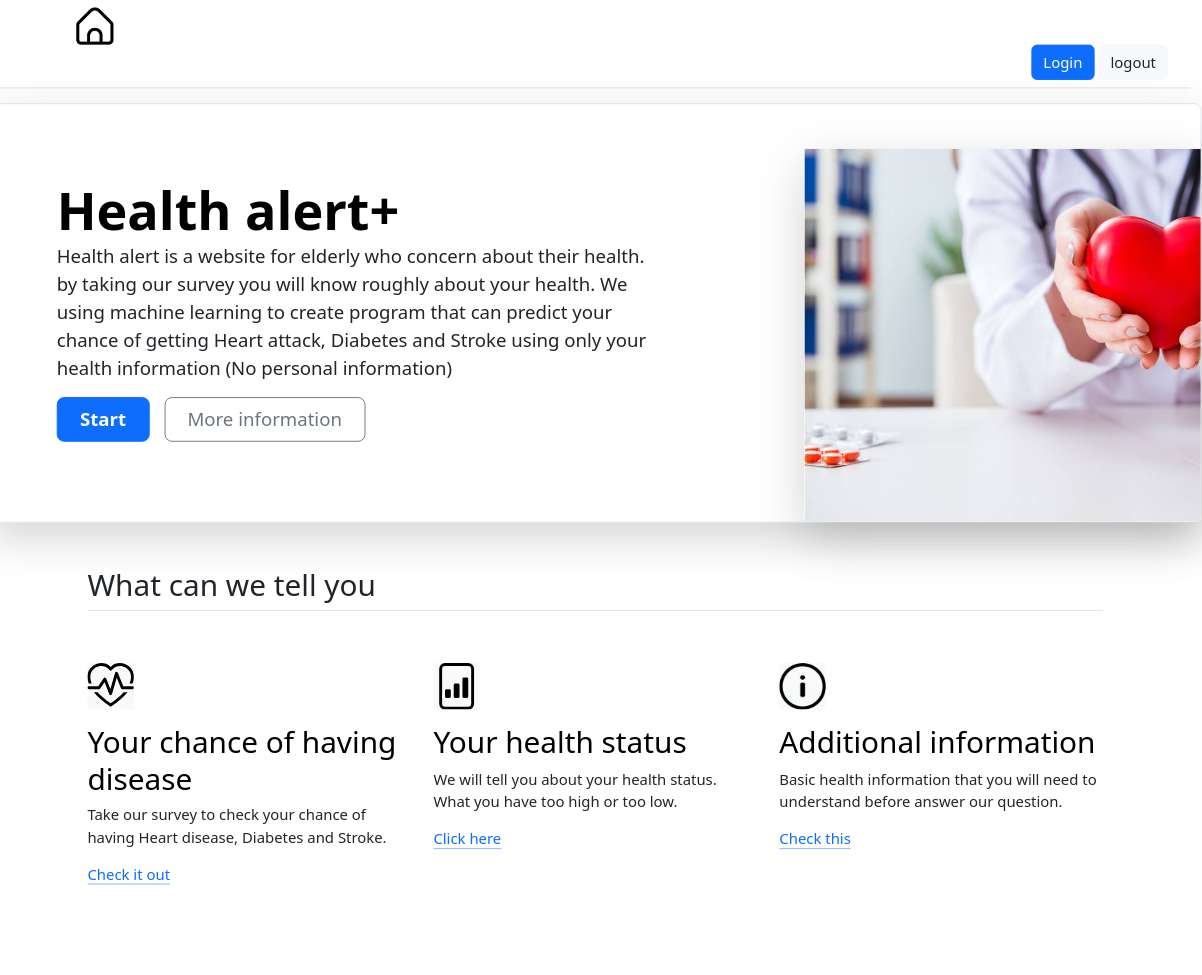
Repository: aneforollll/webapp
Page: http://localhost/index.php
These files come from the project's save history. The page is drawn as it stood at one moment and after the next save; the edit follows.
The browser window is 1280 px wide. The page is 1292 px wide, so the pictures cover 1292 px, including what lies to the right of the window. The pictures show the whole page, at 93% of full size.
The page is run by PHP 8.4 with error messages shown; the project is at /var/www/html/.

Above is the page before, as saved 2024-01-15 10:48:46.

### index.php

<html lang="en">
  <head>
    <meta charset="utf-8">
    <meta name="viewport" content="width=device-width, initial-scale=1">
    <title>Health alert demo</title>
    <link href="https://cdn.jsdelivr.net/npm/bootstrap@5.3.2/dist/css/bootstrap.min.css" rel="stylesheet" integrity="sha384-T3c6CoIi6uLrA9TneNEoa7RxnatzjcDSCmG1MXxSR1GAsXEV/Dwwykc2MPK8M2HN" crossorigin="anonymous">
  </head>
  <body>

  <div class="px-3 py-2 border-bottom mb-3">
      <div class="container d-flex flex-wrap justify-content-center">
        <div class="col align-self-start">
          <img src="images/home.png" width="40px">
        </div>
      </div>
        <div class="text-end">
          <button type="button" class="btn btn-primary">Login</button>
          <button type="button" class="btn btn-light text-dark me-2">logout</button>
        </div>
      </div>
    </div>
    <div class="row p-4 pb-0 pe-lg-0 pt-lg-5 align-items-center rounded-3 border shadow-lg">
        <div class="col-lg-7 p-3 p-lg-5 pt-lg-3">
          <h1 class="display-4 fw-bold lh-1 text-body-emphasis">Health alert+</h1>
          <p class="lead">Health alert is a website for elderly who concern about their health. by taking our survey you will know roughly about your health.
            We using machine learning to create program that can predict your chance of getting Heart attack, Diabetes and Stroke using only your health information (No personal information) </p>
          <div class="d-grid gap-2 d-md-flex justify-content-md-start mb-4 mb-lg-3">
            <button type="button" class="btn btn-primary btn-lg px-4 me-md-2 fw-bold" onclick="document.location='healthalertform.php'">Start</button>
            <button type="button" class="btn btn-outline-secondary btn-lg px-4" onclick="document.location='FAQ.php'">More information</button>
          </div>
        </div>
        <div class="col-lg-4 offset-lg-1 p-0 overflow-hidden shadow-lg">
            <img class="rounded-lg-3" src="images/heart.jpg" alt="" width="600
            ">
        </div>
      </div>
      <div class="container px-4 py-5" id="featured-3">
        <h2 class="pb-2 border-bottom">What can we tell you</h2>
        <div class="row g-4 py-5 row-cols-1 row-cols-lg-3">
          <div class="feature col">
            <div class="feature-icon d-inline-flex align-items-center justify-content-center text-bg-light bg-gradient fs-2 mb-3">
              <svg xmlns="http://www.w3.org/2000/svg" width="50" height="50" fill="light" class="bi bi-heart-pulse" viewBox="0 0 16 16">
                <path d="m8 2.748-.717-.737C5.6.281 2.514.878 1.4 3.053.918 3.995.78 5.323 1.508 7H.43c-2.128-5.697 4.165-8.83 7.394-5.857.06.055.119.112.176.171a3.12 3.12 0 0 1 .176-.17c3.23-2.974 9.522.159 7.394 5.856h-1.078c.728-1.677.59-3.005.108-3.947C13.486.878 10.4.28 8.717 2.01zM2.212 10h1.315C4.593 11.183 6.05 12.458 8 13.795c1.949-1.337 3.407-2.612 4.473-3.795h1.315c-1.265 1.566-3.14 3.25-5.788 5-2.648-1.75-4.523-3.434-5.788-5Z"/>
                <path d="M10.464 3.314a.5.5 0 0 0-.945.049L7.921 8.956 6.464 5.314a.5.5 0 0 0-.88-.091L3.732 8H.5a.5.5 0 0 0 0 1H4a.5.5 0 0 0 .416-.223l1.473-2.209 1.647 4.118a.5.5 0 0 0 .945-.049l1.598-5.593 1.457 3.642A.5.5 0 0 0 12 9h3.5a.5.5 0 0 0 0-1h-3.162z"/>
              </svg>
            </div>
            <h3 class="fs-2 text-body-emphasis">Your chance of having disease</h3>
            <p>Take our survey to check your chance of having Heart disease, Diabetes and Stroke.</p>
            <a href="healthalertform.php" class="icon-link">
              Check it out
              <svg class="bi"><use xlink:href="#chevron-right"></use></svg>
            </a>
          </div>
          <div class="feature col">
            <div class="feature-icon d-inline-flex align-items-center justify-content-center text-bg-light bg-gradient fs-2 mb-3">
              <svg xmlns="http://www.w3.org/2000/svg" width="50" height="50" fill="light" class="bi bi-file-bar-graph" viewBox="0 0 16 16">
                <path d="M4.5 12a.5.5 0 0 1-.5-.5v-2a.5.5 0 0 1 .5-.5h1a.5.5 0 0 1 .5.5v2a.5.5 0 0 1-.5.5zm3 0a.5.5 0 0 1-.5-.5v-4a.5.5 0 0 1 .5-.5h1a.5.5 0 0 1 .5.5v4a.5.5 0 0 1-.5.5zm3 0a.5.5 0 0 1-.5-.5v-6a.5.5 0 0 1 .5-.5h1a.5.5 0 0 1 .5.5v6a.5.5 0 0 1-.5.5z"/>
                <path d="M4 0a2 2 0 0 0-2 2v12a2 2 0 0 0 2 2h8a2 2 0 0 0 2-2V2a2 2 0 0 0-2-2zm0 1h8a1 1 0 0 1 1 1v12a1 1 0 0 1-1 1H4a1 1 0 0 1-1-1V2a1 1 0 0 1 1-1"/>
              </svg>
            </div>
            <h3 class="fs-2 text-body-emphasis">Your health status</h3>
            <p>We will tell you about your health status. What you have too high or too low.</p>
            <a href="dashboard.php" class="icon-link">
              Click here
              <svg class="bi"><use xlink:href="#chevron-right"></use></svg>
            </a>
          </div>
          <div class="feature col">
            <div class="feature-icon d-inline-flex align-items-center justify-content-center text-bg-light bg-gradient fs-2 mb-3">
              <img class="rounded" src="images/info.png" width="50" height="50" fill="light" >
            </div>
            <h3 class="fs-2 text-body-emphasis">Additional information</h3>
            <p>Basic health information that you will need to understand before answer our question.</p>
            <a href="FAQ.php" class="icon-link">
              Check this
              <svg class="bi"><use xlink:href="#chevron-right"></use></svg>
              <script src="https://cdn.jsdelivr.net/npm/bootstrap@5.3.2/dist/js/bootstrap.bundle.min.js" integrity="sha384-C6RzsynM9kWDrMNeT87bh95OGNyZPhcTNXj1NW7RuBCsyN/o0jlpcV8Qyq46cDfL" crossorigin="anonymous"></script>
            </a>
          </div>
        </div>
      </div>




  </body>
</html>

After the next save:
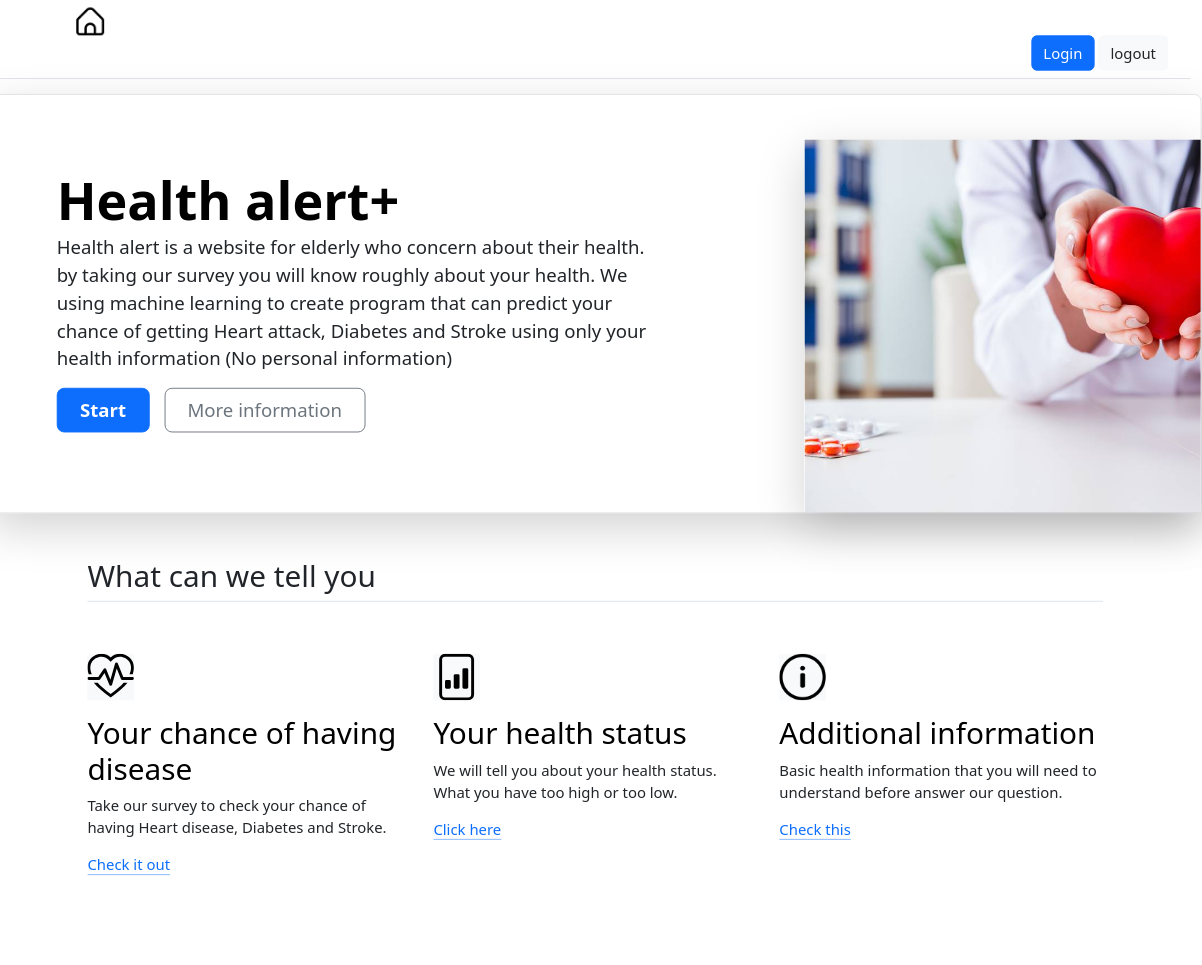
Saved 6 s later.
--- a/index.php
+++ b/index.php
@@ -11,7 +11,7 @@
   <div class="px-3 py-2 border-bottom mb-3">
       <div class="container d-flex flex-wrap justify-content-center">
         <div class="col align-self-start">
-          <img src="images/home.png" width="40px">
+          <img src="images/home.png" width="30px">
         </div>
       </div>
         <div class="text-end">
